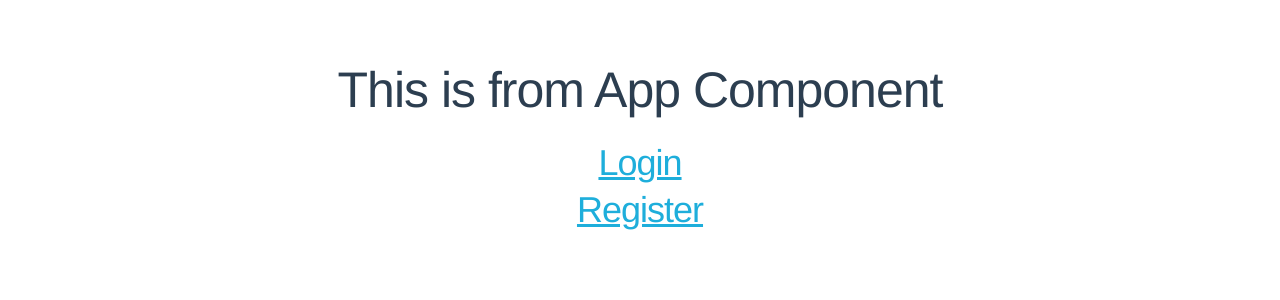
Repository: chsvk/Vue-JS-Course
Page: /
The author's editor kept a copy of each file at every save. The page is drawn from the files as they stood at one save, then again after the next save.
The browser window is 1280 px wide. The pictures show the whole page.
The project was rebuilt for these pictures with package versions that can differ from the ones it lists, and the page was loaded fresh each time. Also part of the build but not shown: src/components/Register.vue.

Above is the page before, as saved 2019-03-18 04:20:11.

### public/index.html
<!DOCTYPE html>
<html lang="en">
  <head>
    <meta charset="utf-8">
    <meta http-equiv="X-UA-Compatible" content="IE=edge">
    <meta name="viewport" content="width=device-width,initial-scale=1.0">
    <link rel="icon" href="<%= BASE_URL %>favicon.ico">
    <link rel="stylesheet" href="https://cdnjs.cloudflare.com/ajax/libs/skeleton/2.0.4/skeleton.min.css">
    <title>testproject</title>
  </head>
  <body>
    <noscript>
      <strong>We're sorry but testproject doesn't work properly without JavaScript enabled. Please enable it to continue.</strong>
    </noscript>
    <div id="app"></div>
    <!-- built files will be auto injected -->
  </body>
</html>

### src/main.js
import Vue from 'vue'
import App from './App.vue'
import Router from 'vue-router'
import routes from './router'

Vue.use(Router);

Vue.config.productionTip = false

new Vue({
  render: h => h(App),
  router: routes,
}).$mount('#app')

### src/App.vue
<template>
  <div id="app">
    <h1>This is from App Component</h1>
    <h3>
    <router-link to="login">Login</router-link> <br>
    <router-link to="register">Register</router-link></h3>
    <router-view/>
  </div>
</template>


<script>
import Login from '@/components/Login'
export default {
  name: 'app',
  components:{
    Login
  },
  data(){
    return{
      showLogin: true
    }
  },
  methods: {

  },
}
</script>

<style lang="scss">
#app {
  font-family: 'Avenir', Helvetica, Arial, sans-serif;
  -webkit-font-smoothing: antialiased;
  -moz-osx-font-smoothing: grayscale;
  text-align: center;
  color: #2c3e50;
  margin-top: 60px;
}
</style>

### src/router.js
import VueRouter from "vue-router";
import Login from '@/components/Login'
import Register from '@/components/Register'

export default new VueRouter({
    mode: 'history',
    routes: [
        {
            path: '/login',
            name: 'Login',
            component: Login,
            props: true
        },
        {
            path: '/register',
            name: 'Register',
            component: Register,
            props: false
        }
    ]
})

### src/components/Login.vue
<template>
    <form @submit.prevent="submitForm()" action="">
        <h1>Login Form</h1>
        <input type="text" placeholder="Enter Username">
        <input type="text" placeholder="Enter Password">
        <button type="submit">Submit</button>
    </form>
</template>

<script>
export default {
    methods: {
        submitForm(){
            this.$emit('onSubmit')
        }
    },
}
</script>

<style>

</style>

After the next save:
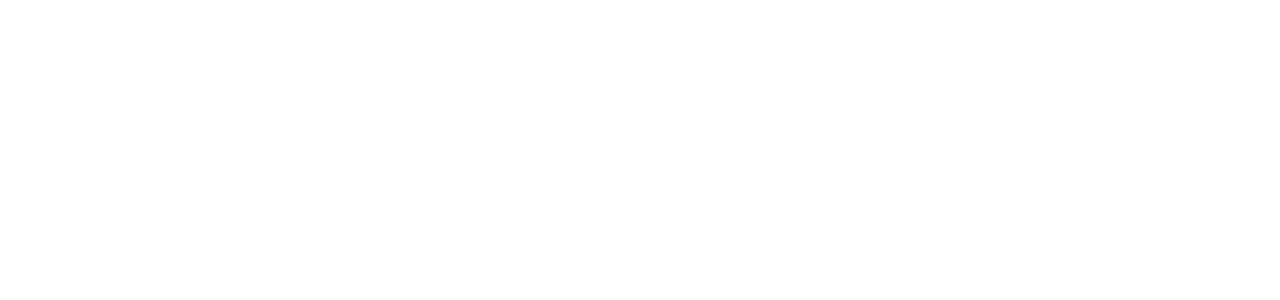
Console error: ReferenceError: digit is not defined
Saved 15 min 14 s later.
--- a/src/components/Login.vue
+++ b/src/components/Login.vue
@@ -9,11 +9,17 @@
 
 <script>
 export default {
+    props: {
+        digit
+    },
     methods: {
         submitForm(){
             this.$emit('onSubmit')
         }
     },
+    mounted(){
+        console.log(this.digit)
+    }
 }
 </script>
 

After the 2 saves that followed:
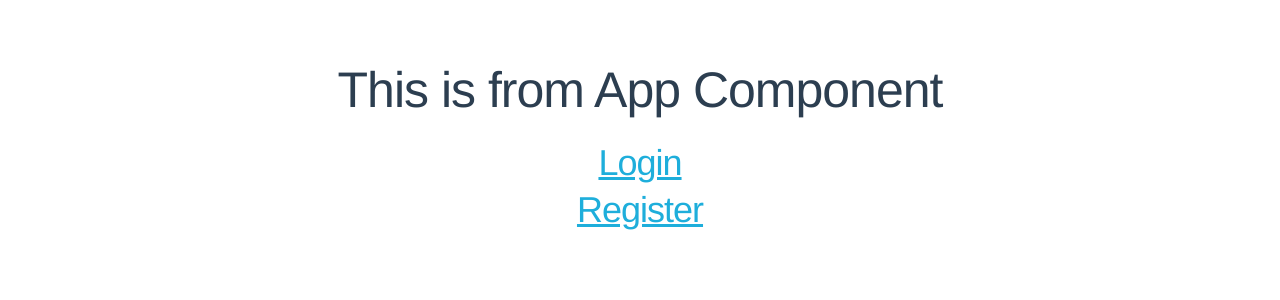
The error is gone.
The 2 saves are shown as one change because 1 left the picture as it was.
The last was saved 27 s later.
--- a/src/App.vue
+++ b/src/App.vue
@@ -2,7 +2,7 @@
   <div id="app">
     <h1>This is from App Component</h1>
     <h3>
-    <router-link to="login">Login</router-link> <br>
+    <router-link :digit="5" to="login">Login</router-link> <br>
     <router-link to="register">Register</router-link></h3>
     <router-view/>
   </div>
--- a/src/components/Login.vue
+++ b/src/components/Login.vue
@@ -9,9 +9,7 @@
 
 <script>
 export default {
-    props: {
-        digit
-    },
+    props: ['digit'],
     methods: {
         submitForm(){
             this.$emit('onSubmit')
